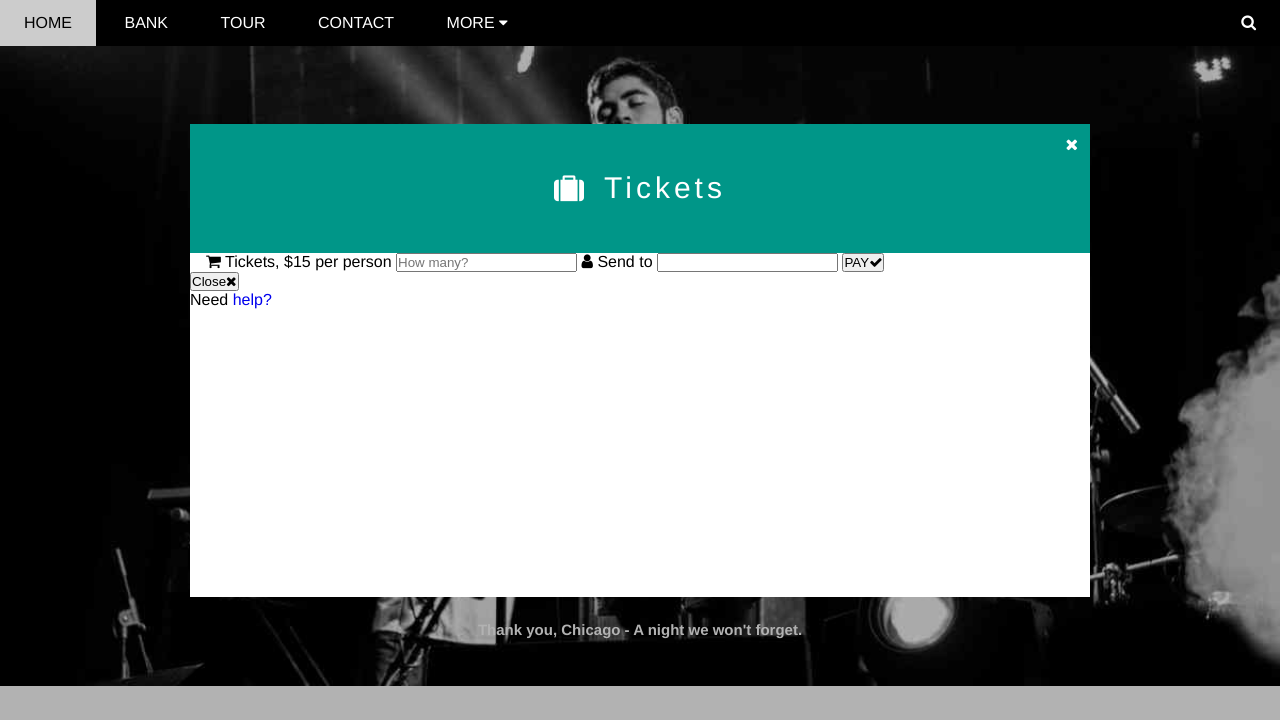
Repository: vuongtm1999/TheBand_W3School
Page: index.html
The author's editor kept a copy of each file at every save. The page is drawn from the files as they stood at one save, then again after the next save.
The browser window is 1280 px wide. The pictures show the window.
A layer covers the whole window, so only the first screen is drawn.

Above is the page before, as saved 2022-08-27 15:16:47.

After the next save:
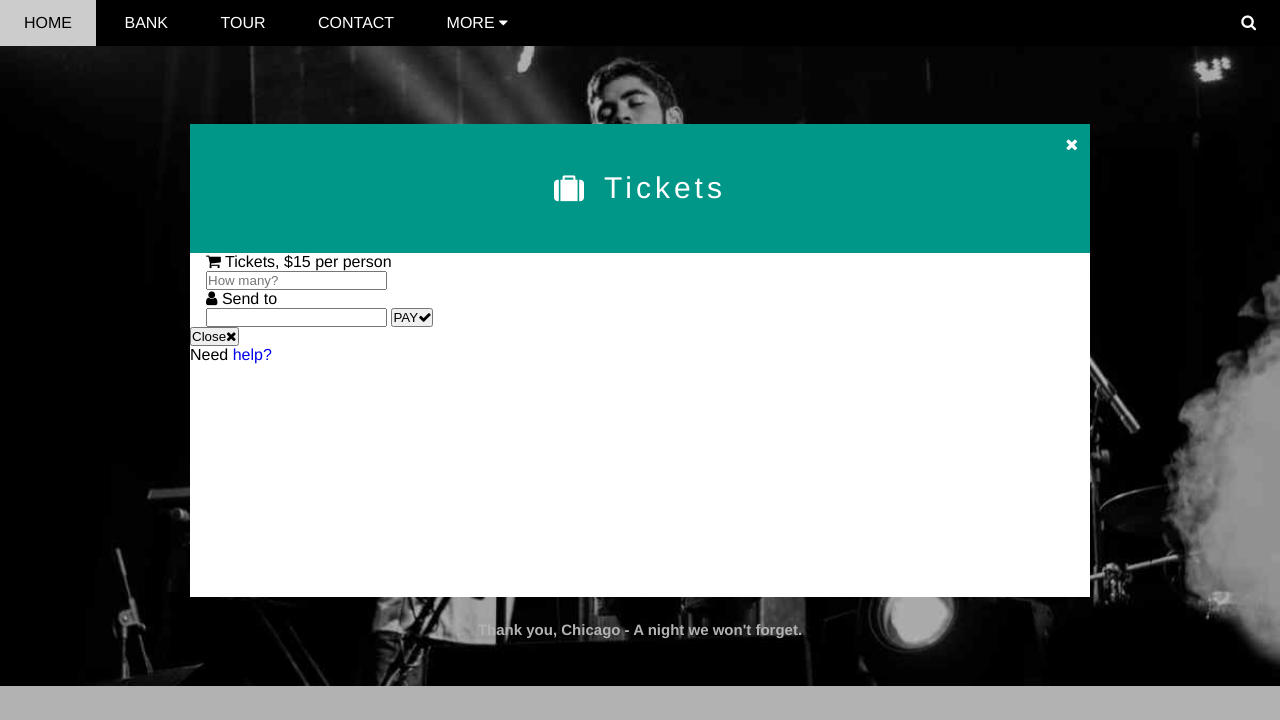
Saved 26 s later.
--- a/assets/css/style.css
+++ b/assets/css/style.css
@@ -364,6 +364,10 @@ a{
     padding: 0 16px;
 }
 
+.modal-label{
+    display: block;
+}
+
 
 
 #container {
